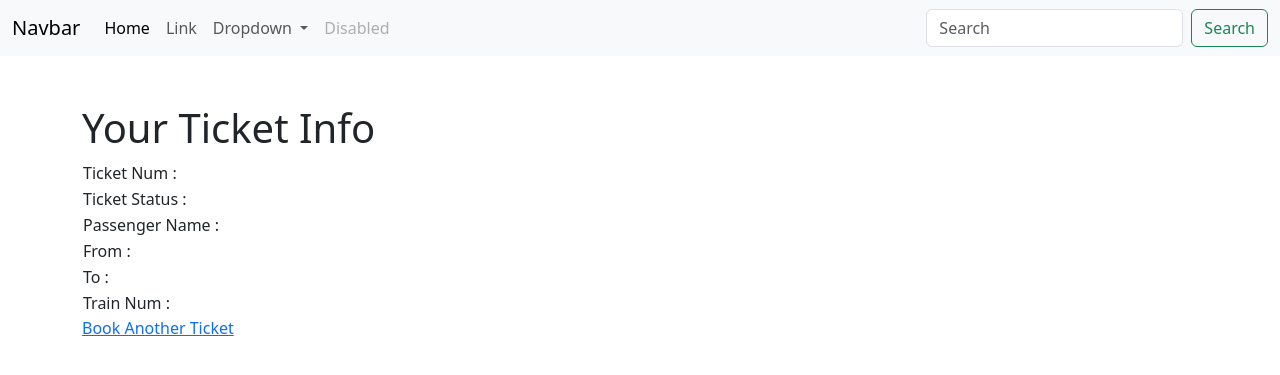
Repository: Digvijaywadkar011/SBMS_Repo
Page: http://localhost/view-ticket
An editor plug-in stored every save of this project. The page is shown before and after the next save, followed by the edit.
The browser window is 1280 px wide. The pictures show the whole page.
The page is this project's Thymeleaf template; nobody is signed in. The template is opened directly, without the code that normally fills it, so the values that code supplies are empty.

Above is the page before, as saved 2024-08-01 07:56:56.

After the next save:
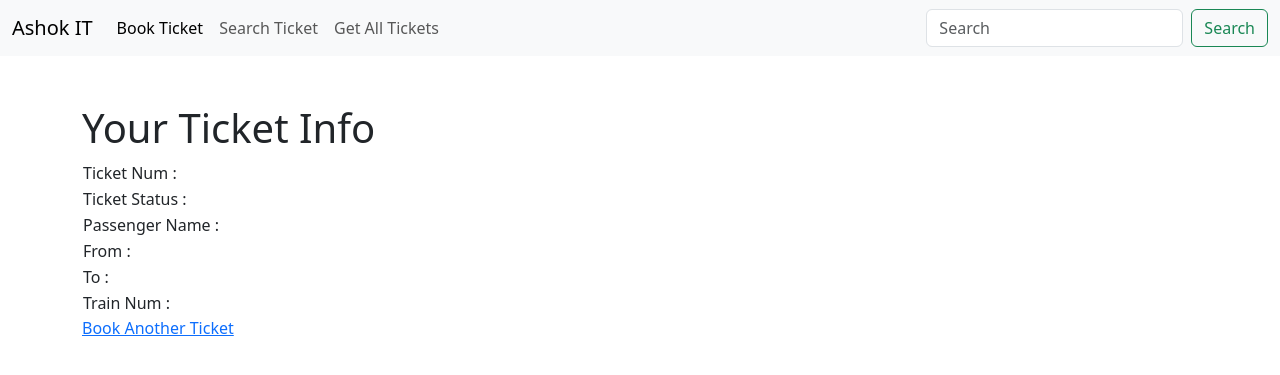
Saved 11 s later.
--- a/SpringWebMvc/11-MTM_RestTemplateConsumerApp/src/main/resources/templates/view-ticket.html
+++ b/SpringWebMvc/11-MTM_RestTemplateConsumerApp/src/main/resources/templates/view-ticket.html
@@ -12,41 +12,33 @@
 <body>
 
 	<nav class="navbar navbar-expand-lg bg-body-tertiary">
-	  <div class="container-fluid">
-	    <a class="navbar-brand" href="#">Navbar</a>
-	    <button class="navbar-toggler" type="button" data-bs-toggle="collapse" data-bs-target="#navbarSupportedContent" aria-controls="navbarSupportedContent" aria-expanded="false" aria-label="Toggle navigation">
-	      <span class="navbar-toggler-icon"></span>
-	    </button>
-	    <div class="collapse navbar-collapse" id="navbarSupportedContent">
-	      <ul class="navbar-nav me-auto mb-2 mb-lg-0">
-	        <li class="nav-item">
-	          <a class="nav-link active" aria-current="page" href="#">Home</a>
-	        </li>
-	        <li class="nav-item">
-	          <a class="nav-link" href="#">Link</a>
-	        </li>
-	        <li class="nav-item dropdown">
-	          <a class="nav-link dropdown-toggle" href="#" role="button" data-bs-toggle="dropdown" aria-expanded="false">
-	            Dropdown
-	          </a>
-	          <ul class="dropdown-menu">
-	            <li><a class="dropdown-item" href="#">Action</a></li>
-	            <li><a class="dropdown-item" href="#">Another action</a></li>
-	            <li><hr class="dropdown-divider"></li>
-	            <li><a class="dropdown-item" href="#">Something else here</a></li>
-	          </ul>
-	        </li>
-	        <li class="nav-item">
-	          <a class="nav-link disabled" aria-disabled="true">Disabled</a>
-	        </li>
-	      </ul>
-	      <form class="d-flex" role="search">
-	        <input class="form-control me-2" type="search" placeholder="Search" aria-label="Search">
-	        <button class="btn btn-outline-success" type="submit">Search</button>
-	      </form>
-	    </div>
-	  </div>
-	</nav>
+			<div class="container-fluid">
+				<a class="navbar-brand" href="#">Ashok IT</a>
+				<button class="navbar-toggler" type="button" data-bs-toggle="collapse"
+					data-bs-target="#navbarSupportedContent" aria-controls="navbarSupportedContent" aria-expanded="false"
+					aria-label="Toggle navigation">
+					<span class="navbar-toggler-icon"></span>
+				</button>
+				<div class="collapse navbar-collapse" id="navbarSupportedContent">
+					<ul class="navbar-nav me-auto mb-2 mb-lg-0">
+						<li class="nav-item">
+							<a class="nav-link active" aria-current="page" href="/">Book Ticket</a>
+						</li>
+						<li class="nav-item">
+							<a class="nav-link" th:href="search">Search Ticket</a>
+						</li>
+
+						<li class="nav-item">
+							<a class="nav-link" th:href="tickets">Get All Tickets</a>
+						</li>
+					</ul>
+					<form class="d-flex" role="search">
+						<input class="form-control me-2" type="search" placeholder="Search" aria-label="Search">
+						<button class="btn btn-outline-success" type="submit">Search</button>
+					</form>
+				</div>
+			</div>
+		</nav>
 
 	<div class="container mt-5">
 		<h1>Your Ticket Info</h1>
